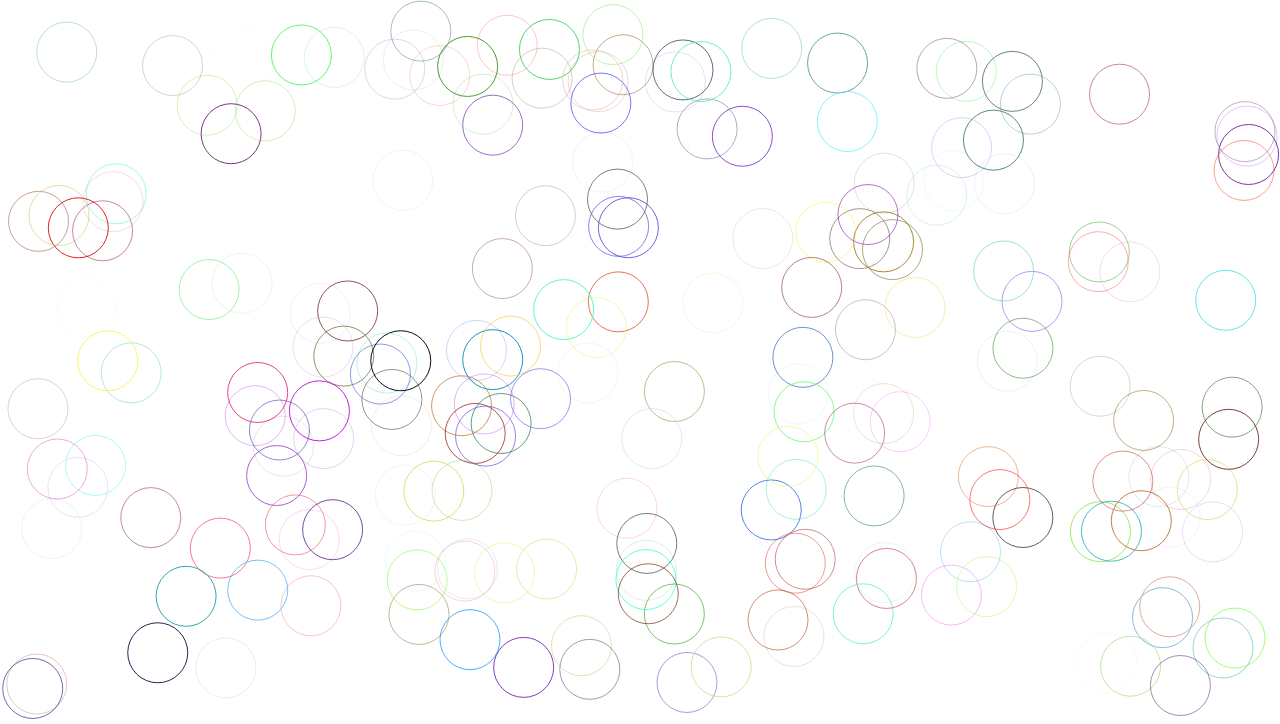
Repository: MikeTroianello/canvas-testing
Page: index.html
The author's editor kept a copy of each file at every save. The page is drawn from the files as they stood at one save, then again after the next save.
The browser window is 1280 px wide. The pictures show the whole page.

Above is the page before, as saved 2019-06-05 14:23:15.

After the next save:
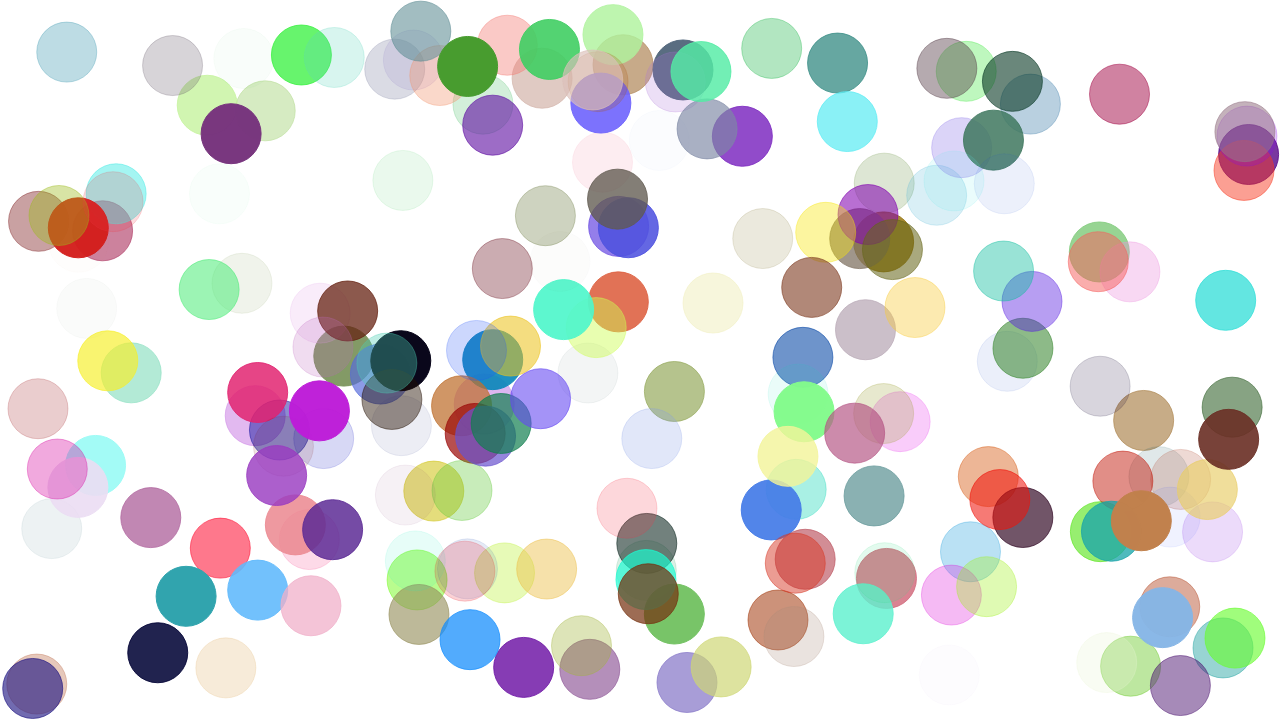
Saved 45 s later.
--- a/canvas.js
+++ b/canvas.js
@@ -52,7 +52,8 @@ class Circle {
       ctx.arc(this.x, this.y, this.radius, 0, Math.PI * 2, false);
       ctx.strokeStyle = color;
       ctx.stroke();
-      // ctx.fill();
+      ctx.fillStyle = color;
+      ctx.fill();
     };
     this.update = function() {
       if (this.x + radius >= innerWidth || this.x - radius <= 0) {
